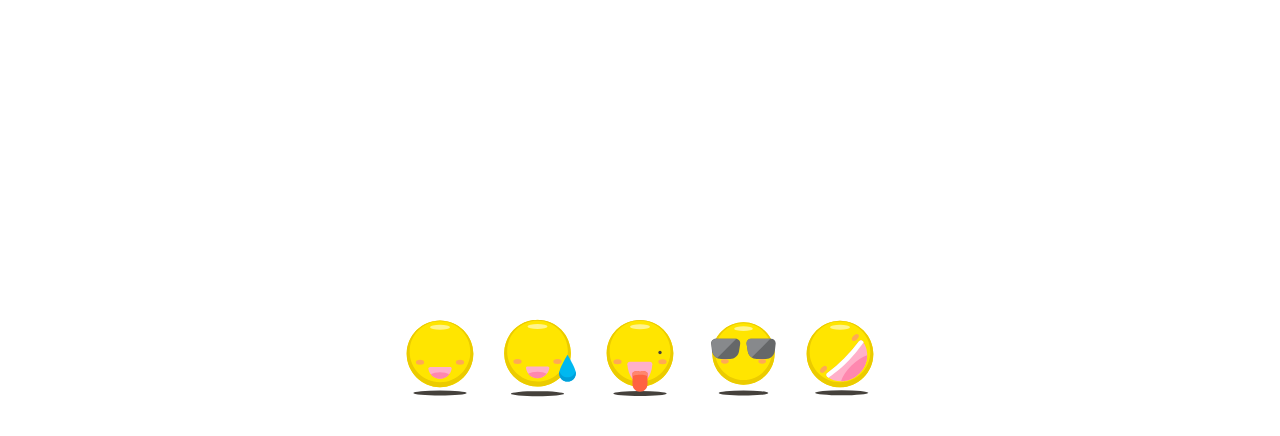
Repository: gyypwrs/css-practice
Page: emoji-jump/index.html
The author's editor kept a copy of each file at every save. The page is drawn from the files as they stood at one save, then again after the next save.
The browser window is 1280 px wide. The pictures show the whole page.

Above is the page before, as saved 2022-05-07 11:31:19.

After the next save:
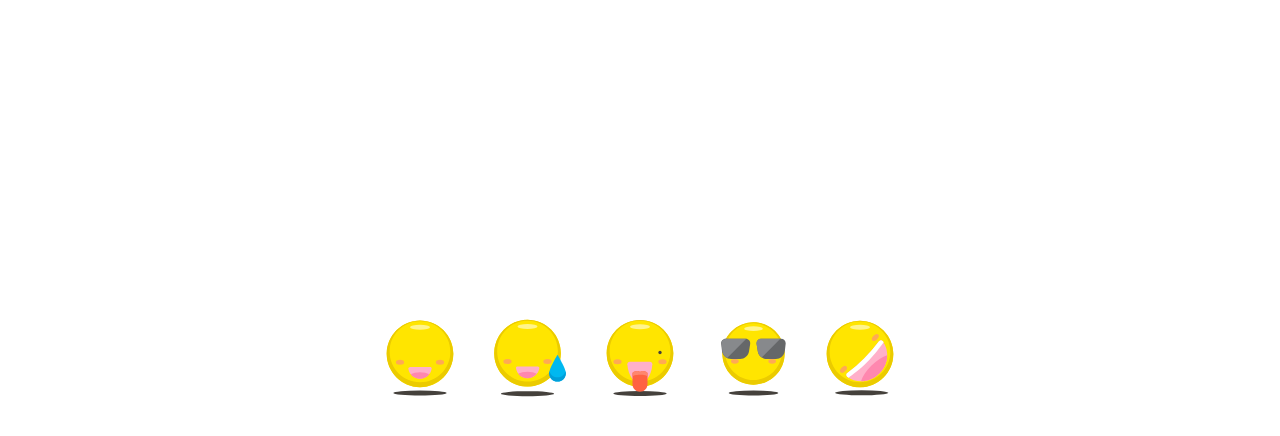
Saved 11 s later.
--- a/emoji-jump/index.html
+++ b/emoji-jump/index.html
@@ -32,7 +32,7 @@
         border-radius: 5px;
       }
       li {
-        padding: 10px;
+        padding: 15px;
       }
 
   </style>
